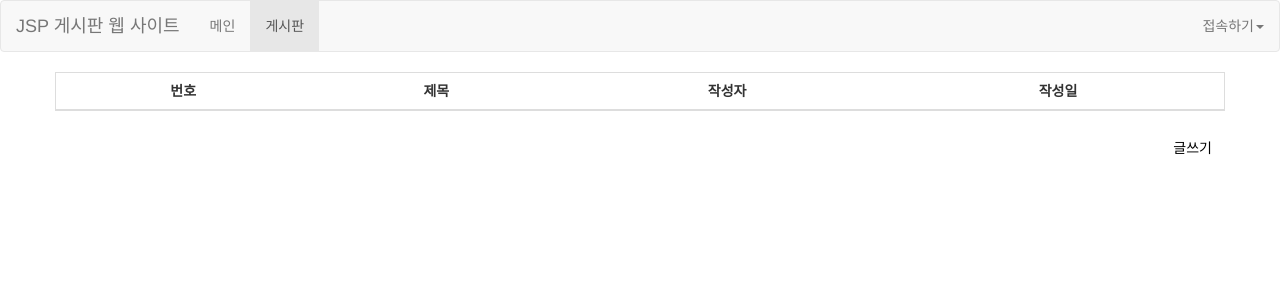
Repository: ehdgus0221/JAVA
Page: http://localhost/BBS/bbs.jsp
The author's editor kept a copy of each file at every save. The page is drawn from the files as they stood at one save, then again after the next save.
The browser window is 1280 px wide. The pictures show the whole page.
Some web libraries are served in a nearby version. The page is served by Tomcat 9. Other server files are loaded and not shown. Queries for data that is not in the repository find no rows.

Above is the page before, as saved 2022-12-24 08:24:27.

### Board-Basic/projects/BBS/src/main/webapp/bbs.jsp
<!-- 가장 많이 쓰이는 인코딩 UTF-8로 바꾸기, 한글,영어 둘다 지원 -->
<%@ page language="java" contentType="text/html; charset=UTF-8"
    pageEncoding="UTF-8"%>
 <%@ page import="java.io.PrintWriter" %>
 <%@ page import="bbs.BbsDAO" %>
 <%@ page import="bbs.Bbs" %>
 <%@ page import="java.util.ArrayList" %>
<!DOCTYPE html>
<html>
<head>
<meta charset="UTF-8">
<!-- 반응형 웹에서 사용되는 meta 태그 사용 -->
<meta name="viewport" content="width=device-width", initial-scale="1">
<link rel="stylesheet" href="css/bootstrap.css">
<title>JSP 게시판 웹 사이트</title>
<style type="text/css">
	a, a:hover
	{
	color:#000000;
	text-decoration=none;
	}
</style>
</head>
<body>
	<%
	/* 로그인을 한 사람은 userID변수에 값이 들어간다. */
		String userID = null;
	if (session.getAttribute("userID") != null){
		userID=(String)session.getAttribute("userID");
	}
	/* //1은 기본 페이지를 나타냄 */
	int pageNumber =1;
	if(request.getParameter("pageNumber") != null){
		pageNumber = Integer.parseInt(request.getParameter("pageNumber"));
	}
	%>

	<nav class="navbar navbar-default">
		<div class="navbar-header">
			<button type="button" class="navbar-toggle collapsed"
				data-toggle="collapse" data-target="#bs-example-navbar-collapse-1"
				aria-expanded="false">
				<span class="icon-bar"></span>
				<span class="icon-bar"></span>
				<span class="icon-bar"></span>
			</button>
			<a class="navbar-brand" href="main.jsp">JSP 게시판 웹 사이트</a>
		</div>
		<div class="collapse navbar-collapse" id="bs-example-navbar-collapse-1">
			<ul class="nav navbar-nav">
				<li><a href="main.jsp">메인</a></li>
				<li class="active"><a href="bbs.jsp">게시판</a></li>
			</ul>
			<%
				if(userID == null) {
			%>
			<ul class="nav navbar-nav navbar-right">
				<li class="dropdown">
				<a href="#" class="dropdown-toggle"
					data-toggle="dropdown" role="button" aria-haspopup="true"
					aria-expanded="false">접속하기<span class="caret"></span></a>
					<ul class="dropdown-menu">
						<li><a href="login.jsp">로그인</a></li>
						<li><a href="join.jsp">회원가입</a></li>
					</ul>
				</li>
			</ul>
			<%
				} else{
			%>
			<ul class="nav navbar-nav navbar-right">
				<li class="dropdown">
				<a href="#" class="dropdown-toggle"
					data-toggle="dropdown" role="button" aria-haspopup="true"
					aria-expanded="false">회원관리<span class="caret"></span></a>
					<ul class="dropdown-menu">
						<li><a href="logoutAction.jsp">로그아웃</a></li>
					</ul>
				</li>
			</ul>

			<%
				}
			%>

		</div>
	</nav>
	<div class="container">
		<div class="row">
			<table class="table table-striped" style="text-align:center; border: 1px solid #dddddd">
				<thead>
					<tr>
						<th style="backgroud-color: #eeeeee; text-align:center;">번호</th>
						<th style="backgroud-color: #eeeeee; text-align:center;">제목</th>
						<th style="backgroud-color: #eeeeee; text-align:center;">작성자</th>
						<th style="backgroud-color: #eeeeee; text-align:center;">작성일</th>
					</tr>
				</thead>

				<tbody>
				<%
					BbsDAO bbsDAO = new BbsDAO();
					ArrayList<Bbs> list = bbsDAO.getList(pageNumber);
					for(int i=0; i<list.size(); i++)
					{
				%>
					<tr>
						<td><%=list.get(i).getBbsID() %></td>
						<td><a href="view.jsp?bbsID=<%=list.get(i).getBbsID() %>"><%= list.get(i).getBbsTitle() %></a></td>
						<td><%=list.get(i).getUserID() %></td>
						<td><%=list.get(i).getBbsDate().substring(0, 11) + list.get(i).getBbsDate().substring(11, 13) + "시" + list.get(i).getBbsDate().substring(14, 16) + "분" %></td>
					</tr>
				<%
					}
				%>
				</tbody>
			</table>
			<%
				if(pageNumber !=1) {
			%>
				<a href="bbs.jsp?pageNumber=<%=pageNumber -1 %>" class="btn btn-success btn-arraw-left">이전</a>
			<%
				} if(bbsDAO.nextPage(pageNumber + 1)){
			%>
				<a href="bbs.jsp?pageNumber=<%=pageNumber + 1 %>" class="btn btn-success btn-arraw-left">다음</a>
			<%
				}
			%>
			<a href="write.jsp" class="btn btn:primary pull-right">글쓰기</a>
		</div>
	</div>
	<!-- 애니메이션 기능으로 script 태그 사용 -->
	<script src="https://code.jquery.com/jquery-3.1.1.min.js"></script>
	<script src="js/bootstrap.js"></script>
</body>
</html>

### Board-Basic/projects/BBS/src/main/java/bbs/BbsDAO.java
package bbs;

import java.sql.Connection;
import java.sql.DriverManager;
import java.sql.PreparedStatement;
import java.sql.ResultSet;
import java.util.ArrayList;

public class BbsDAO {

//	Connection = DB에 접근하기 위한 객체
	private Connection conn;
	private ResultSet rs;

	public BbsDAO() {
		try {
			String dbURL = "jdbc:mysql://localhost:3306/BBS";
			String dbID = "root";
			String dbPassword = "4(eldpTmdkf)!";
			Class.forName("com.mysql.cj.jdbc.Driver");
			conn=DriverManager.getConnection(dbURL, dbID, dbPassword);
		} catch (Exception e) {
// 오류가 발생했을때 내용을 보기 위해 사용
			e.printStackTrace();
		}
	}
	// 게시판 글을 쓸때 현재 시간을 가져온다.
	public String getDate() {
		String SQL = "SELECT NOW()";
		try {
			// SQL Injection을 방지하기 위해 사용
			PreparedStatement pstmt = conn.prepareStatement(SQL);
			rs=pstmt.executeQuery();
			if(rs.next()) {
				return rs.getString(1);
			}
		} catch(Exception e) {
			e.printStackTrace();
		}
		//DB 오류
		return "";
	}

	public int getNext() {
		String SQL = "SELECT bbsID FROM BBS ORDER BY bbsID DESC";
		try {
			// SQL Injection을 방지하기 위해 사용
			PreparedStatement pstmt = conn.prepareStatement(SQL);
			rs=pstmt.executeQuery();
			if(rs.next()) {
				return rs.getInt(1)+1;
			}
			// 첫번째 게시물인 경우
			return 1;
		} catch(Exception e) {
			e.printStackTrace();
		}
		//DB 오류
		return -1;
	}

	public int write(String bbsTitle, String userID, String bbsContent) {
		String SQL = "INSERT INTO BBS VALUES (?, ?, ?, ?, ?, ?)";
		try {
			// SQL Injection을 방지하기 위해 사용
			PreparedStatement pstmt = conn.prepareStatement(SQL);
			pstmt.setInt(1,  getNext());
			pstmt.setString(2,  bbsTitle);
			pstmt.setString(3,  userID);
			pstmt.setString(4,  getDate());
			pstmt.setString(5,  bbsContent);
			// availble 이고 글이 보여야하므로 1을 넣어준다.
			pstmt.setInt(6,  1);
			return pstmt.executeUpdate();
		} catch(Exception e) {
			e.printStackTrace();
		}
		//DB 오류
		return -1;
	}

	public ArrayList<Bbs> getList(int pageNumber){
		String SQL = "SELECT * FROM BBS WHERE bbsID < ? AND bbsAvailble=1 ORDER BY bbsID DESC LIMIT 10";
		ArrayList<Bbs> list = new ArrayList<Bbs>();
		try {
			// SQL Injection을 방지하기 위해 사용
			PreparedStatement pstmt = conn.prepareStatement(SQL);
			pstmt.setInt(1,  getNext() - (pageNumber - 1) * 10);
			rs=pstmt.executeQuery();
			//결과가 나올때마다 실행
			while(rs.next()) {
				Bbs bbs = new Bbs();
				bbs.setBbsID(rs.getInt(1));
				bbs.setBbsTitle(rs.getString(2));
				bbs.setUserID(rs.getString(3));
				bbs.setBbsDate(rs.getString(4));
				bbs.setBbsContent(rs.getString(5));
				bbs.setBbsAvailable(rs.getInt(6));
				list.add(bbs);
			}

		} catch(Exception e) {
			e.printStackTrace();
		}
		//DB 오류
		return list;
	}
	// 페이징 처리를 위해 사용하는 함수
	public boolean nextPage(int pageNumber) {
		String SQL = "SELECT * FROM BBS WHERE bbsID < ? AND bbsAvailble=1";
		try {
			// SQL Injection을 방지하기 위해 사용
			PreparedStatement pstmt = conn.prepareStatement(SQL);
			pstmt.setInt(1,  getNext() - (pageNumber - 1) * 10);
			rs=pstmt.executeQuery();
			if(rs.next()) {
				return true;
			}
		} catch(Exception e) {
			e.printStackTrace();
		}

		return false;
	}

}

Loaded but not shown: Board-Basic/projects/BBS/src/main/webapp/css/bootstrap.css (library); Board-Basic/projects/BBS/src/main/webapp/js/bootstrap.js (library)

After the next save:
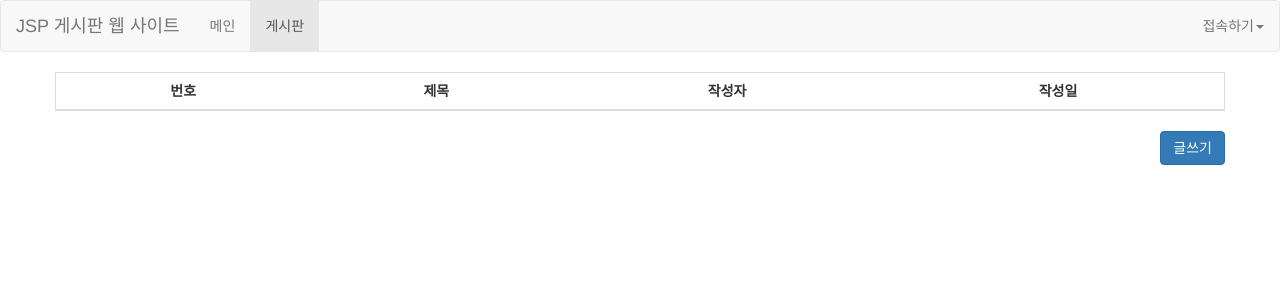
Saved 2 min 33 s later.
--- a/Board-Basic/projects/BBS/src/main/webapp/bbs.jsp
+++ b/Board-Basic/projects/BBS/src/main/webapp/bbs.jsp
@@ -126,7 +126,7 @@
 			<%
 				}
 			%>
-			<a href="write.jsp" class="btn btn:primary pull-right">글쓰기</a>
+			<a href="write.jsp" class="btn btn-primary pull-right">글쓰기</a>
 		</div>
 	</div>
 	<!-- 애니메이션 기능으로 script 태그 사용 -->
